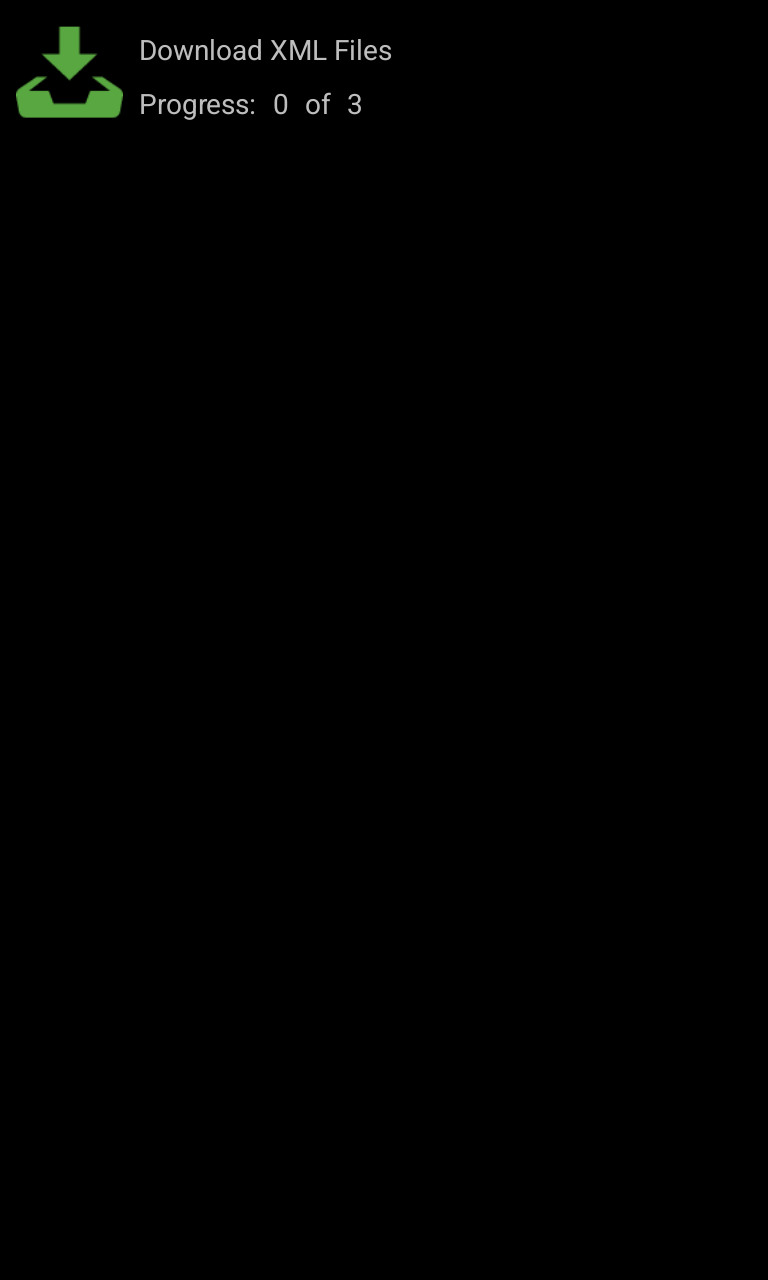
Repository: easyCZ/UoE-Projects
Layout: UG3-SELP/res/layout/download_and_parse.xml
The author's editor kept a copy of each file at every save. The layout is drawn from the files as they stood at one save, then again after the next save.
It is drawn on a 768 x 1280 px phone screen (xhdpi) without system bars, with theme android:Theme.Black.NoTitleBar; the app's code is not run.

Above is the layout before, as saved 2013-12-06 15:18:39.

After the next save:
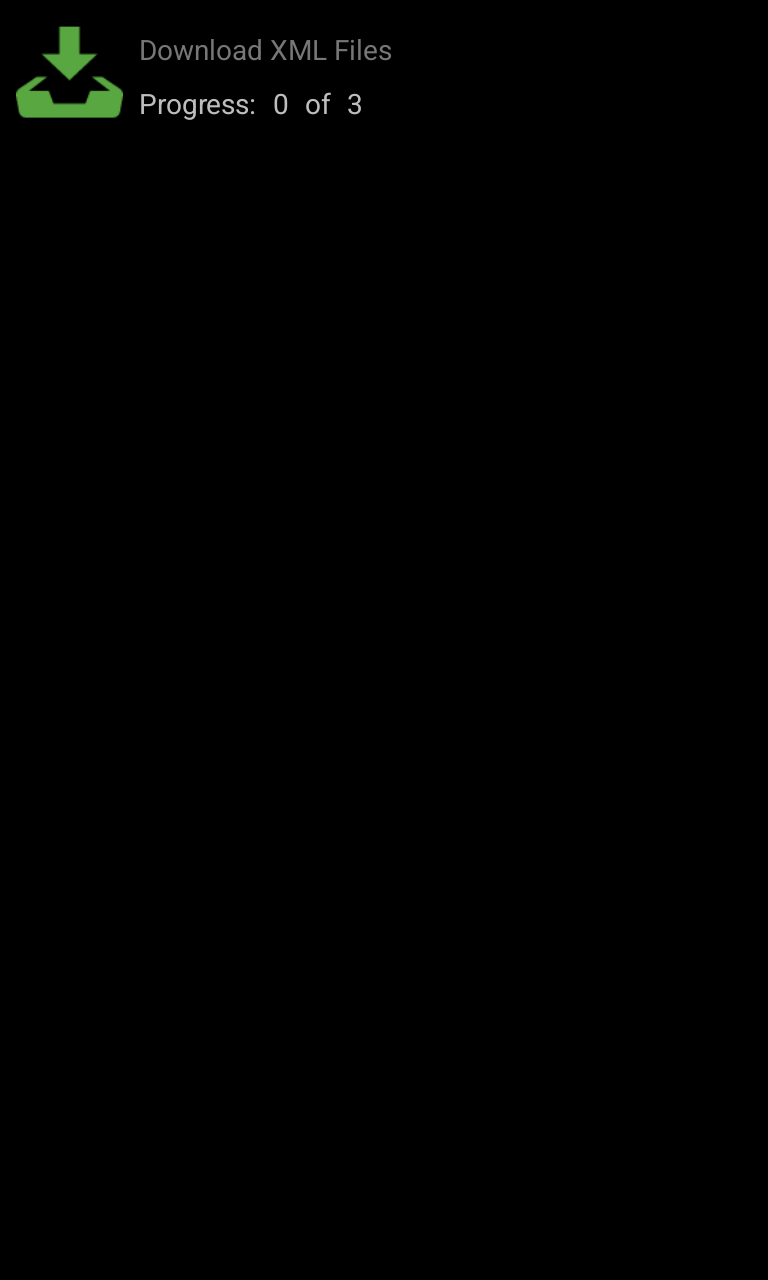
Saved 26 s later.
--- a/UG3-SELP/res/layout/download_and_parse.xml
+++ b/UG3-SELP/res/layout/download_and_parse.xml
@@ -19,7 +19,8 @@
         android:layout_alignParentTop="true"
         android:layout_marginTop="15dp"
         android:layout_toRightOf="@+id/imageView1"
-        android:text="Download XML Files" />
+        android:text="Download XML Files"
+        android:textColor="#777777" />
 
     <TextView
         android:paddingTop="8dp"
